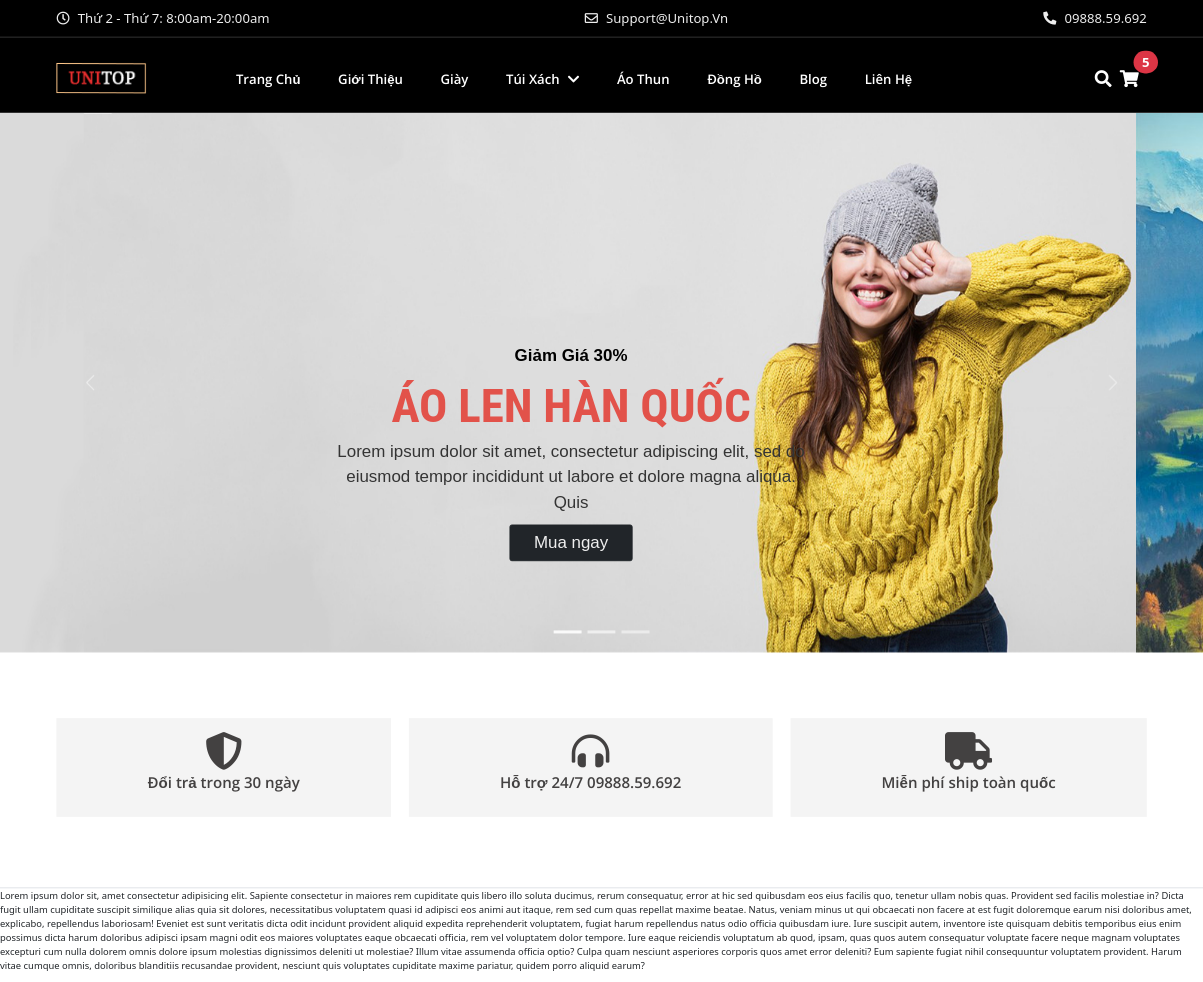
Repository: vinhtk0209/clothes-shop
Page: index.html
These files come from the project's save history. The page is drawn as it stood at one moment and after the next save; the edit follows.
The browser window is 1280 px wide. The pictures show the whole page, at 94% of full size.

Above is the page before, as saved 2021-10-04 17:36:55.

After the next save:
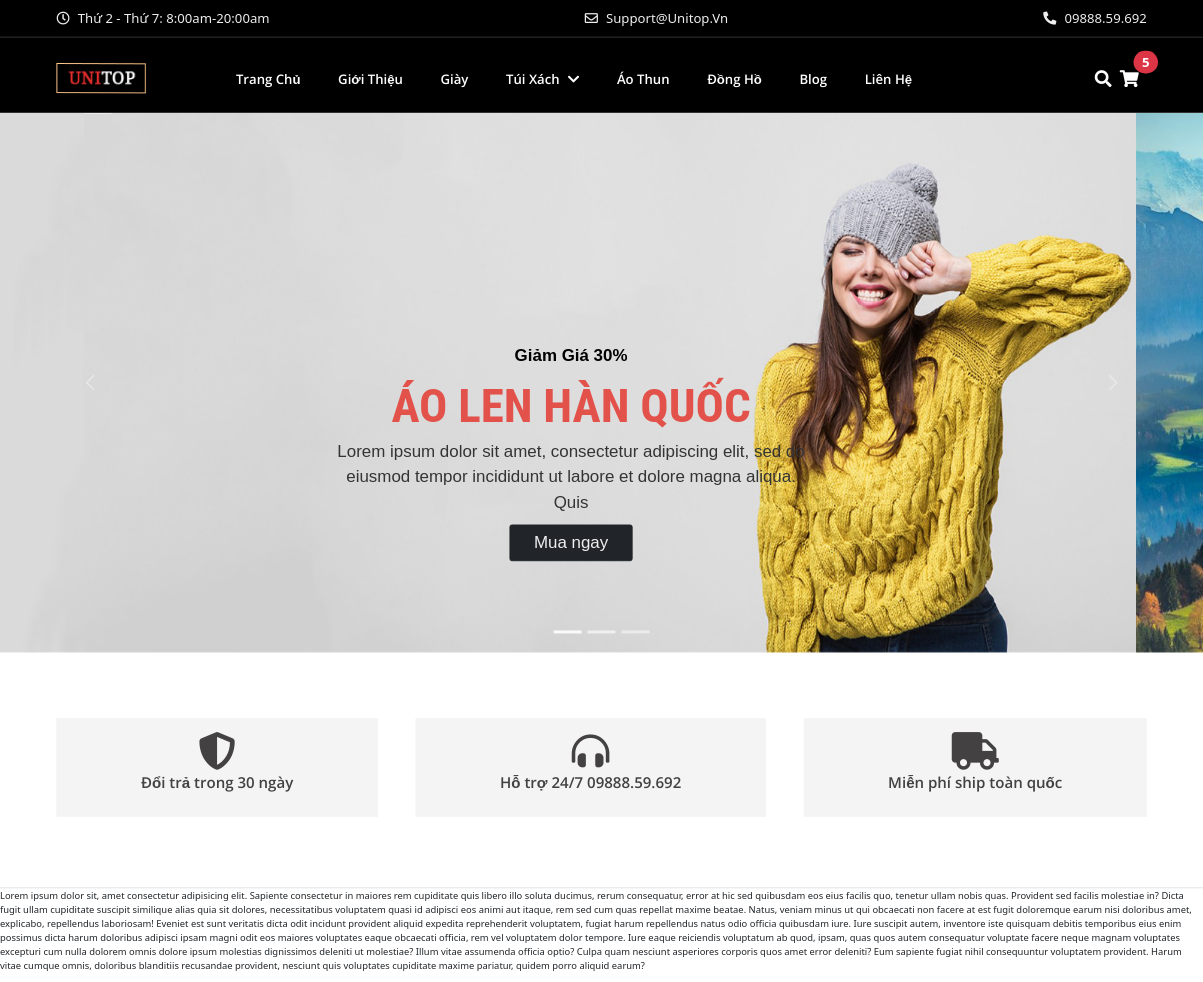
Saved 5 s later.
--- a/assets/css/main.css
+++ b/assets/css/main.css
@@ -159,7 +159,7 @@ ul.sub-menu li a:hover{
 }
 .box-offer{
     background-color: #f4f4f4;
-    padding:  15px  97px  25px  ;
+    padding:  15px  90px  25px  ;
     font-size: 1.6rem;
     color:#434141;
     font-weight: 600;
